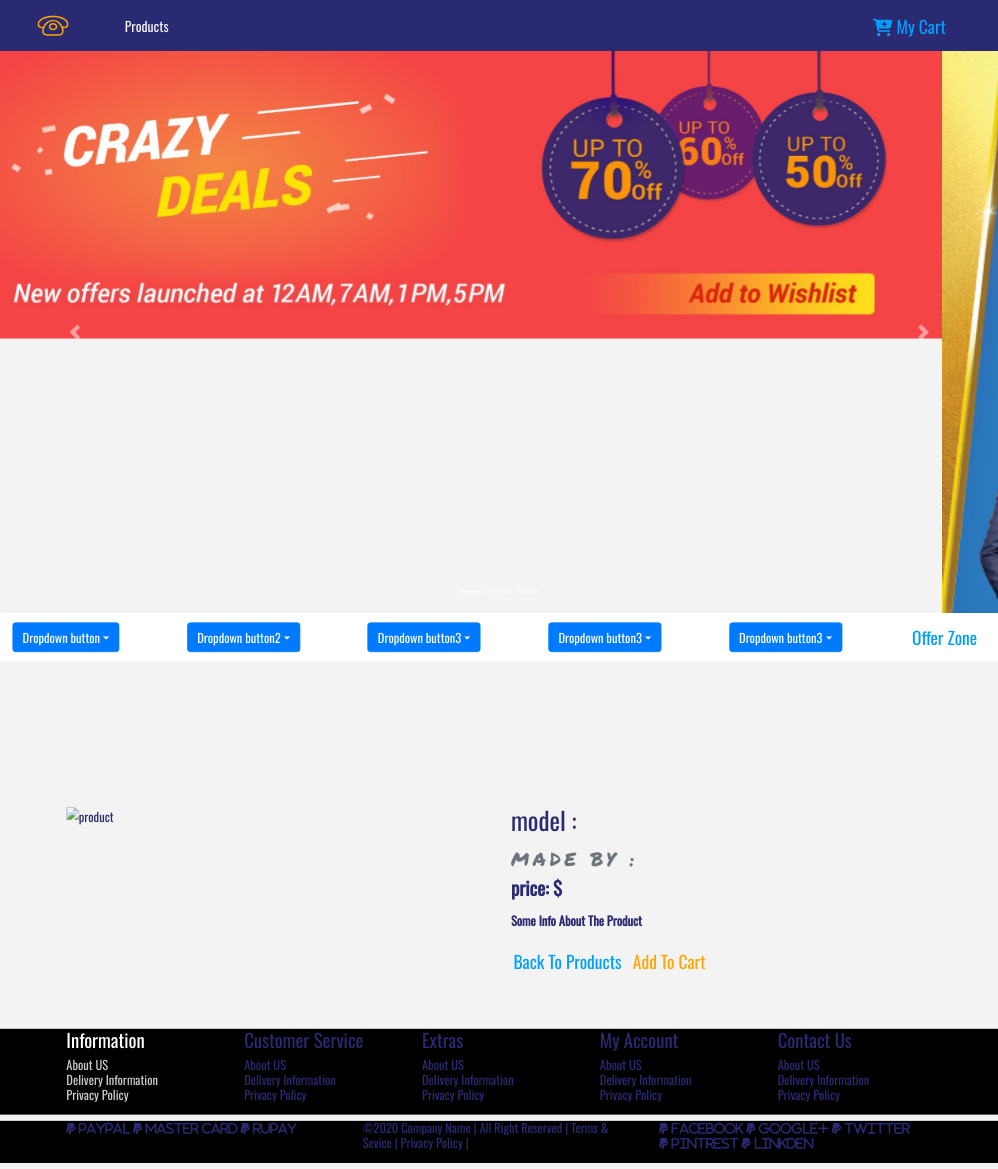
Repository: aditya1068/Online-Store
Page: /details
The author's editor kept a copy of each file at every save. The page is drawn from the files as they stood at one save, then again after the next save.
The browser window is 1280 px wide. The pictures show the whole page, at 78% of full size.
Some web libraries are served in a nearby version. The project was rebuilt for these pictures with package versions that can differ from the ones it lists, and the page was loaded fresh each time. Also part of the build but not shown: src/components/Products.js, src/components/Title.js, src/components/ProductsList.js, src/components/Cart.js, src/components/Default.js.

Above is the page before, as saved 2020-04-03 03:33:56.

After the next save:
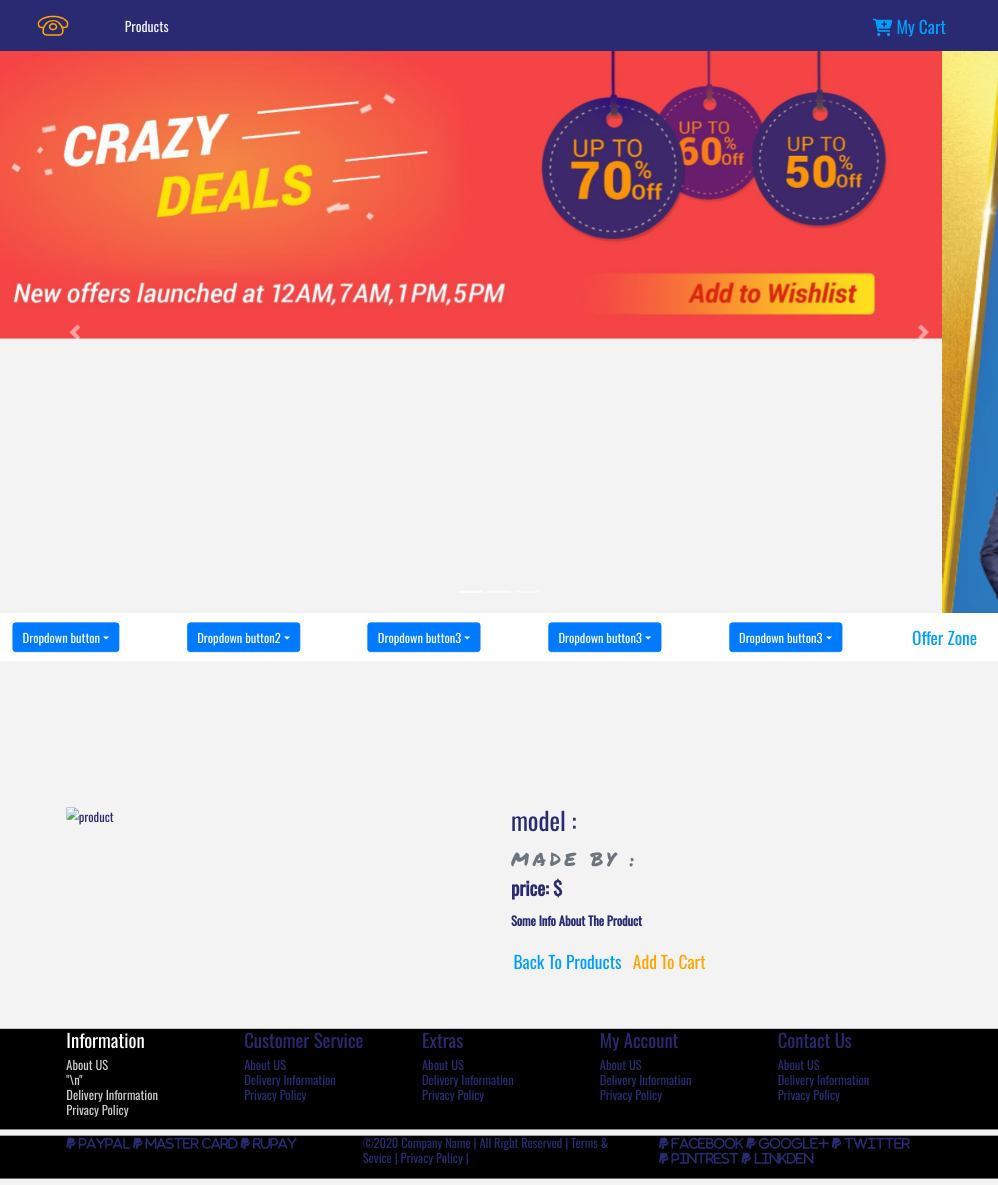
Saved 63 s later.
--- a/src/components/Footer.js
+++ b/src/components/Footer.js
@@ -12,7 +12,7 @@ export default class Footer extends Component {
                   <div className= "col">
                   <h4 style={{color: "#ffffff"}}>Information</h4>
                       <ul className="list-unstyled" style={{color: "#cccccc"}} >
-                         <h6> <li>About US</li>
+                         <h6> <li>About US</li> "\n"
                           <li>Delivery Information</li>
                           <li>Privacy Policy</li></h6>
                       </ul>
